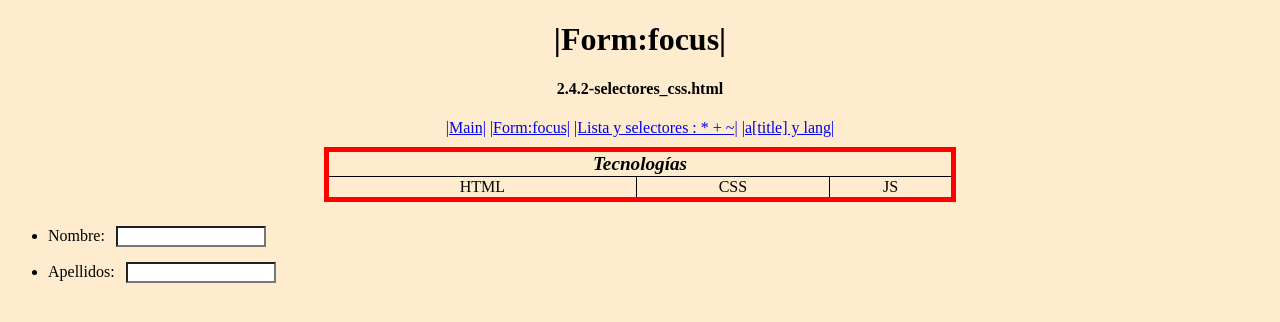
Repository: cesarsant0203/My_Study
Page: Introducción al desarrollo web/2-Css/2.4.2-selectores_css.html
An editor plug-in stored every save of this project. The page is shown before and after the next save, followed by the edit.
The browser window is 1280 px wide. The pictures show the whole page.

Above is the page before, as saved 2020-04-28 17:30:51.

After the next save:
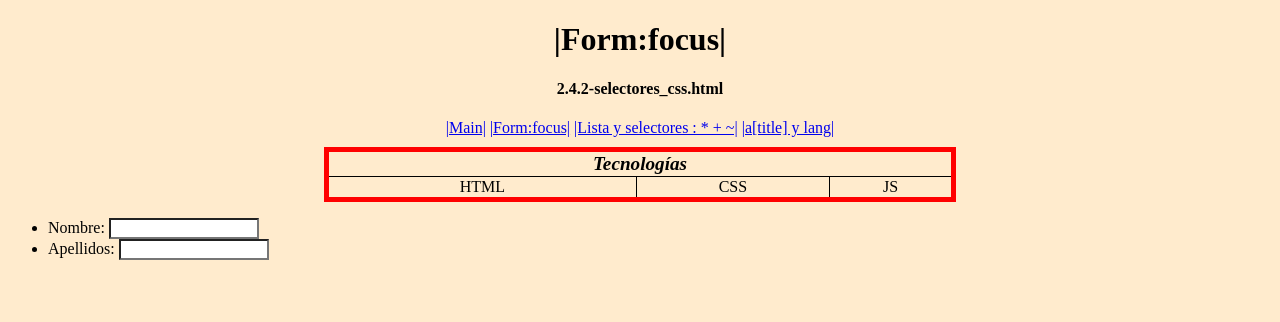
Saved 12 s later.
--- a/Introducción al desarrollo web/2-Css/2.4.2-selectores_css.css
+++ b/Introducción al desarrollo web/2-Css/2.4.2-selectores_css.css
@@ -28,7 +28,7 @@ p:first-of-type{
 
 input#name, input#sname{
     background-color: white;
-        margin: 0.2cm;
+        margin: 0;
         width: 150px;
         box-sizing: border-box;
 }

After the 2 saves that followed:
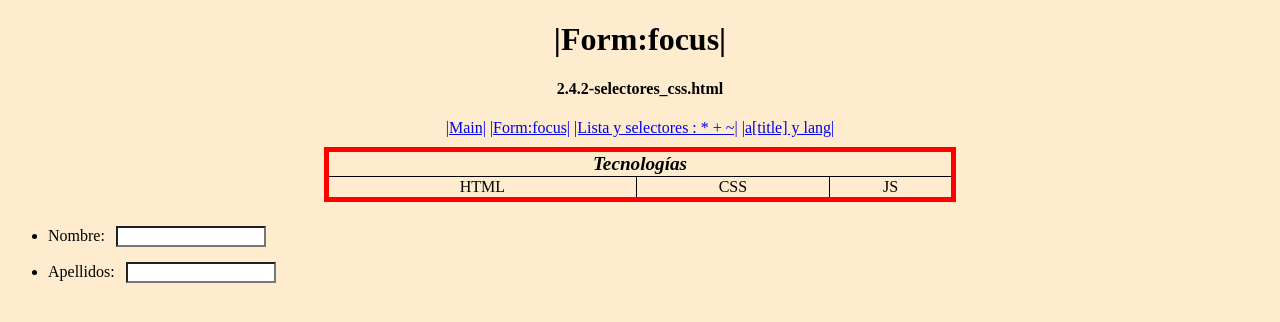
The 2 saves are shown as one change because they came seconds apart.
The last was saved 15 s later.
--- a/Introducción al desarrollo web/2-Css/2.4.2-selectores_css.css
+++ b/Introducción al desarrollo web/2-Css/2.4.2-selectores_css.css
@@ -28,7 +28,7 @@ p:first-of-type{
 
 input#name, input#sname{
     background-color: white;
-        margin: 0;
+        margin: 0.2cm;
         width: 150px;
         box-sizing: border-box;
 }
